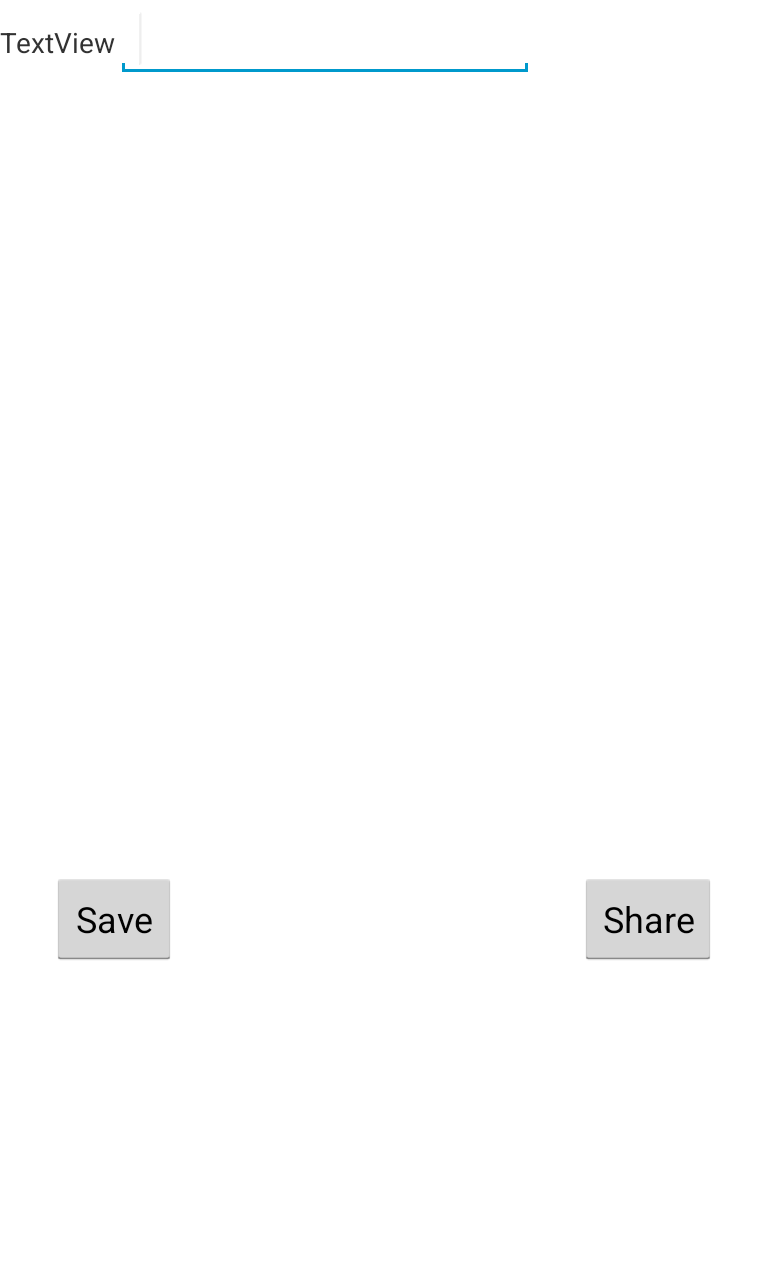
Repository: yj354/alwaysonworkspace
Layout: ListyTasky001/res/layout/activity_2_0.xml
These files come from the project's save history. The layout is drawn as it stood at one moment and after the next save; the edit follows.
It is drawn on a 768 x 1280 px phone screen (xhdpi) without system bars, with theme AppTheme; the app's code is not run.

Above is the layout before, as saved 2014-03-06 04:51:59.

### ListyTasky001/res/layout/activity_2_0.xml
<?xml version="1.0" encoding="utf-8"?>
<LinearLayout xmlns:android="http://schemas.android.com/apk/res/android"
    android:layout_width="match_parent"
    android:layout_height="match_parent"
    android:layoutMode="opticalBounds"
    android:orientation="vertical" >

    <LinearLayout
        android:layout_width="match_parent"
        android:layout_height="wrap_content"
        android:layout_weight="0.38"
        android:layoutMode="opticalBounds"
        android:orientation="horizontal" >

        <TextView
            android:id="@+id/textView2.0"
            android:layout_width="wrap_content"
            android:layout_height="wrap_content"
            android:text="TextView" />

        <EditText
            android:id="@+id/editText2.0"
            android:layout_width="wrap_content"
            android:layout_height="wrap_content"
            android:ems="10" >
            <requestFocus />
        </EditText>

    </LinearLayout>

    <RelativeLayout
        android:layout_width="match_parent"
        android:layout_height="wrap_content"
        android:layout_weight="0.15"
        android:layoutMode="opticalBounds"
        android:orientation="horizontal" >

        <Button
            android:id="@+id/button2.0"
            android:layout_width="wrap_content"
            android:layout_height="wrap_content"
            android:layout_alignParentLeft="true"
            android:layout_alignParentTop="true"
            android:layout_marginLeft="25dp"
            android:text="Save" />

        <Button
            android:id="@+id/button2.1"
            android:layout_width="wrap_content"
            android:layout_height="wrap_content"
            android:layout_alignParentRight="true"
            android:layout_alignParentTop="true"
            android:layout_marginRight="25dp"
            android:text="Share" />

    </RelativeLayout>

</LinearLayout>

Loaded but not shown: ListyTasky001/res/values/styles.xml (common file); ListyTasky001/res/values-v11/styles.xml (common file); ListyTasky001/res/values-v14/styles.xml (common file)

After the next save:
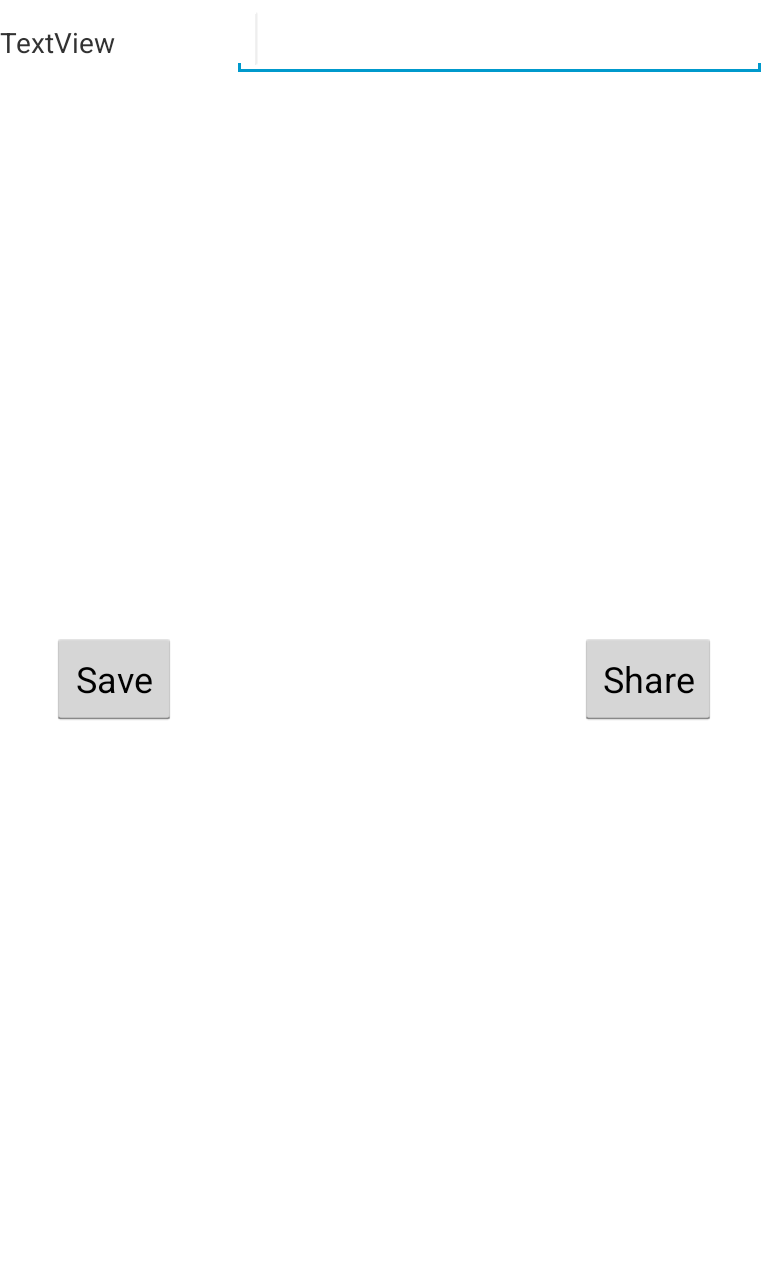
Saved 2 min 3 s later.
--- a/ListyTasky001/res/layout/activity_2_0.xml
+++ b/ListyTasky001/res/layout/activity_2_0.xml
@@ -8,7 +8,7 @@
     <LinearLayout
         android:layout_width="match_parent"
         android:layout_height="wrap_content"
-        android:layout_weight="0.38"
+        android:layout_weight="0.5"
         android:layoutMode="opticalBounds"
         android:orientation="horizontal" >
 
@@ -16,13 +16,16 @@
             android:id="@+id/textView2.0"
             android:layout_width="wrap_content"
             android:layout_height="wrap_content"
+            android:layout_weight="0.5"
             android:text="TextView" />
 
         <EditText
             android:id="@+id/editText2.0"
             android:layout_width="wrap_content"
             android:layout_height="wrap_content"
+            android:layout_weight="0.5"
             android:ems="10" >
+
             <requestFocus />
         </EditText>
 
@@ -31,7 +34,7 @@
     <RelativeLayout
         android:layout_width="match_parent"
         android:layout_height="wrap_content"
-        android:layout_weight="0.15"
+        android:layout_weight="0.5"
         android:layoutMode="opticalBounds"
         android:orientation="horizontal" >
 
